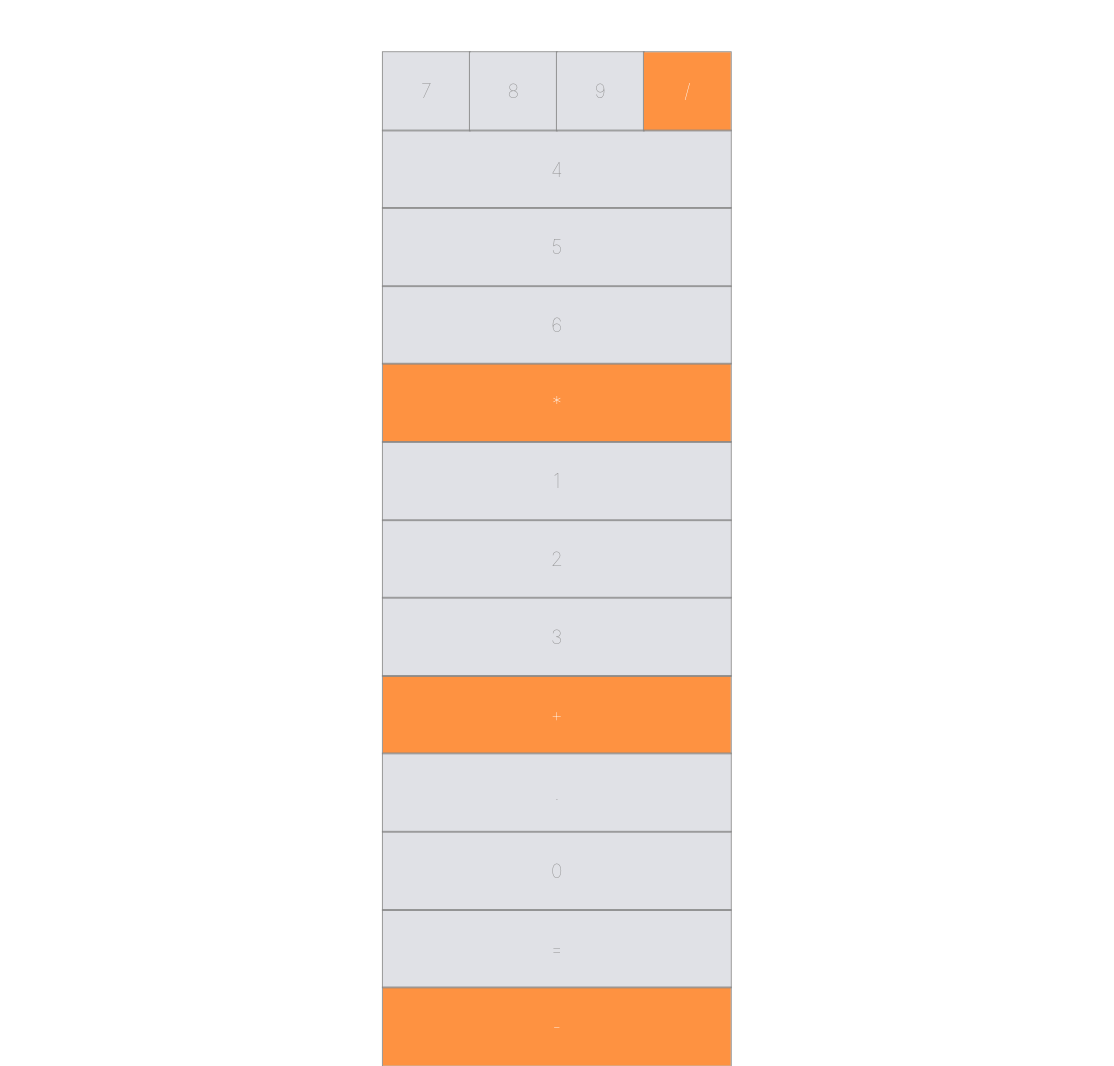
Repository: TECHIE404/Calculator
Page: /
The author's editor kept a copy of each file at every save. The page is drawn from the files as they stood at one save, then again after the next save.
The browser window is 1280 px wide. The pictures show the whole page, at 87% of full size.
The project was rebuilt for these pictures with package versions that can differ from the ones it lists, and the page was loaded fresh each time.

Above is the page before, as saved 2021-04-27 20:22:31.

### src/App.js

import './App.css';
import Button from './components/button'

function App() {
  return (
    <div className="App">
      <div className="calc-wrapper">
      <div className="row">
      <Button>7</Button>
      <Button>8</Button>
      <Button>9</Button>
      <Button>/</Button>
      </div>
      <div className="Row">
      <Button>4</Button>
      <Button>5</Button>
      <Button>6</Button>
      <Button>*</Button>
      </div>
      <div className="Row">
      <Button>1</Button>

      <Button>2</Button>
      <Button>3</Button>
      <Button>+</Button>
      </div>
      <div className="Row">
      <Button>.</Button>
      <Button>0</Button>
      <Button>=</Button>
      <Button>-</Button>
      </div>
      </div>
    </div>
  );
}

export default App;

### src/App.css
.App{
  display: flex;
  justify-content: center;
  align-items: center;
  height: 100vh;
  width: 100%;

}
.calc-wrapper{
  width: 400px;
  height: 600px;
}
.row{
  display: flex;
  width: 100%;
}

### src/components/button.js

import React, {Component} from 'react';
import './button.css';
class Button extends Component {
  isOperator=val=>{
      return !isNaN(val)|| val=== "." || val=== "=";
  }
    render() {
        return (
        <div className={`button ${this.isOperator
        (this.props.children)?"":"operator"}`}>
                    {this.props.children}
        </div>);
    }
}

export default Button;

### src/components/button.css
.button{
    display: flex;
    height:4em;
    flex: 1;
    justify-content: center;
    align-items: center;
    font-weight: lighter;
    font-size:1.4em;
    background-color: #e0e1e6;
    color: #888;
    outline: 1px solid #888;
}
.operator{
    background-color: #fe9241;
    color: #fff;
}

Loaded but not shown: public/index.html (common file); src/index.js (common file); src/index.css (common file); src/reportWebVitals.js (common file)

After the next save:
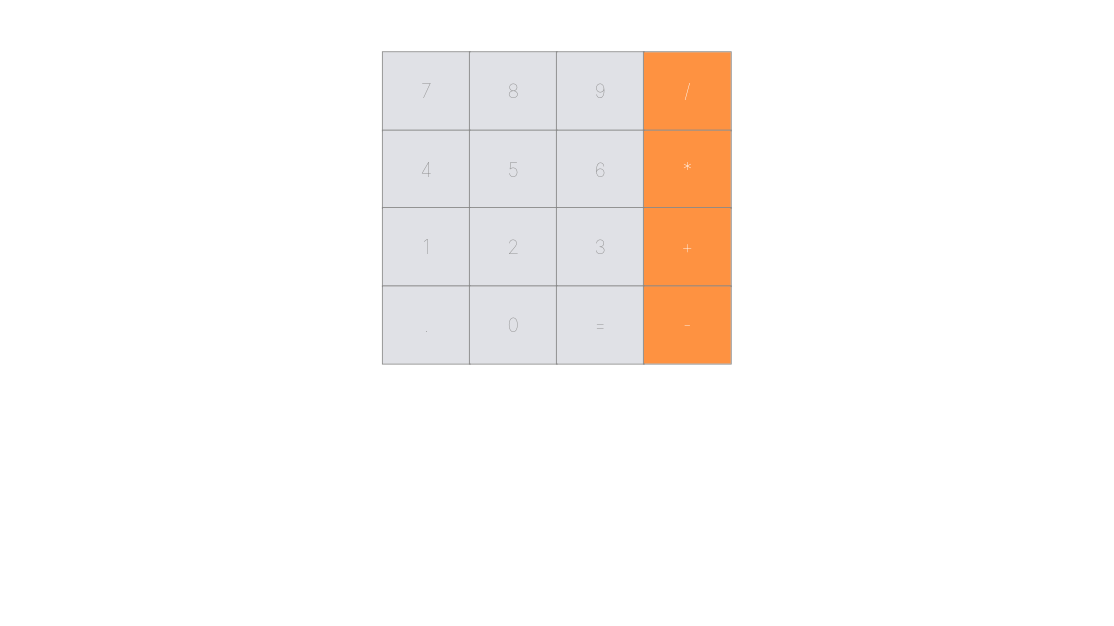
Saved 15 s later.
--- a/src/App.js
+++ b/src/App.js
@@ -12,20 +12,20 @@ function App() {
       <Button>9</Button>
       <Button>/</Button>
       </div>
-      <div className="Row">
+      <div className="row">
       <Button>4</Button>
       <Button>5</Button>
       <Button>6</Button>
       <Button>*</Button>
       </div>
-      <div className="Row">
+      <div className="row">
       <Button>1</Button>
 
       <Button>2</Button>
       <Button>3</Button>
       <Button>+</Button>
       </div>
-      <div className="Row">
+      <div className="row">
       <Button>.</Button>
       <Button>0</Button>
       <Button>=</Button>
